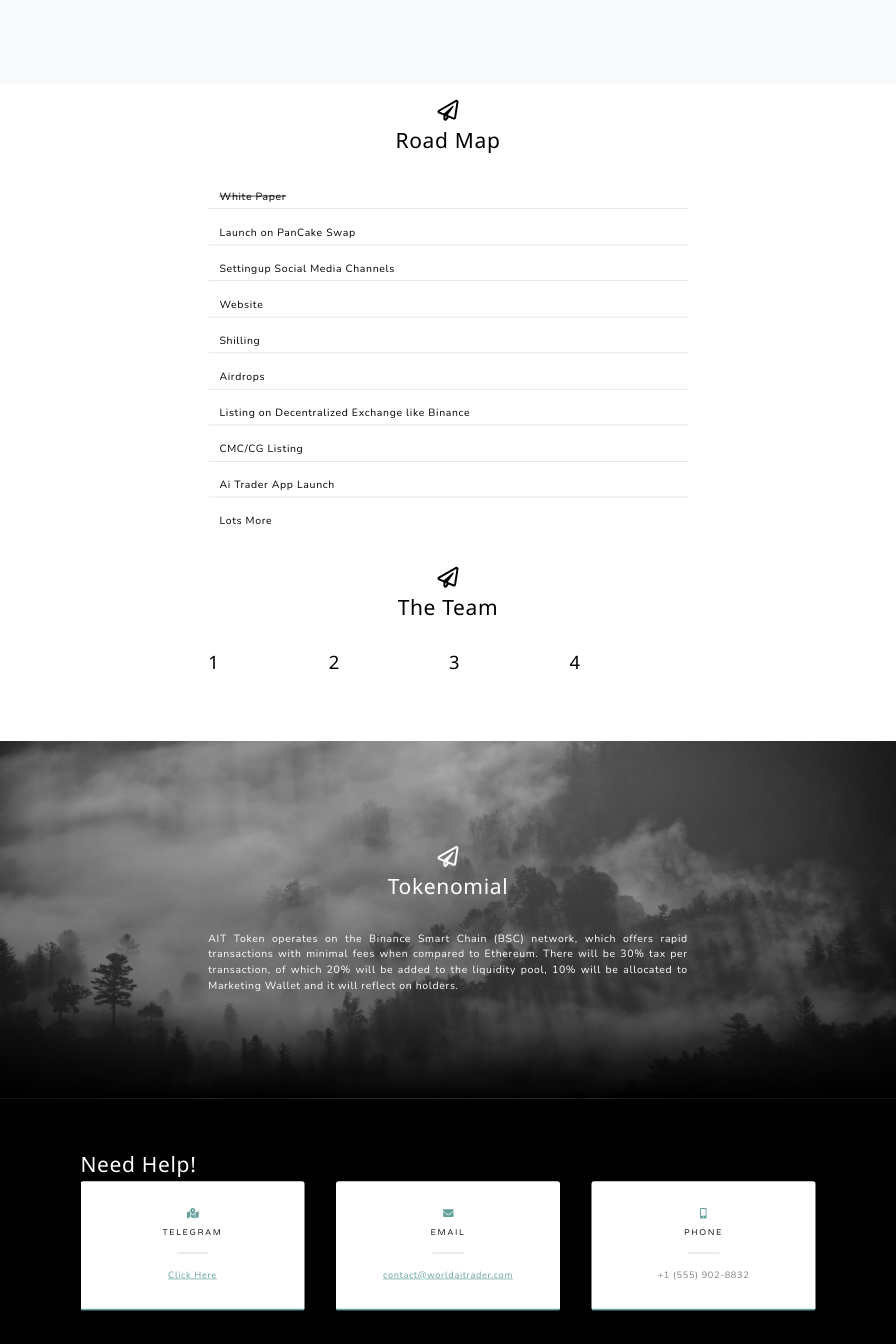
Repository: seyicoded/ico_one
Page: index.html
The author's editor kept a copy of each file at every save. The page is drawn from the files as they stood at one save, then again after the next save.
The browser window is 1280 px wide. The pictures show the part of the page from y = 2902 to 4822 px (the page is 5064 px tall), at 70% of full size.

Above is the page before, as saved 2022-03-06 16:23:22.

After the next save:
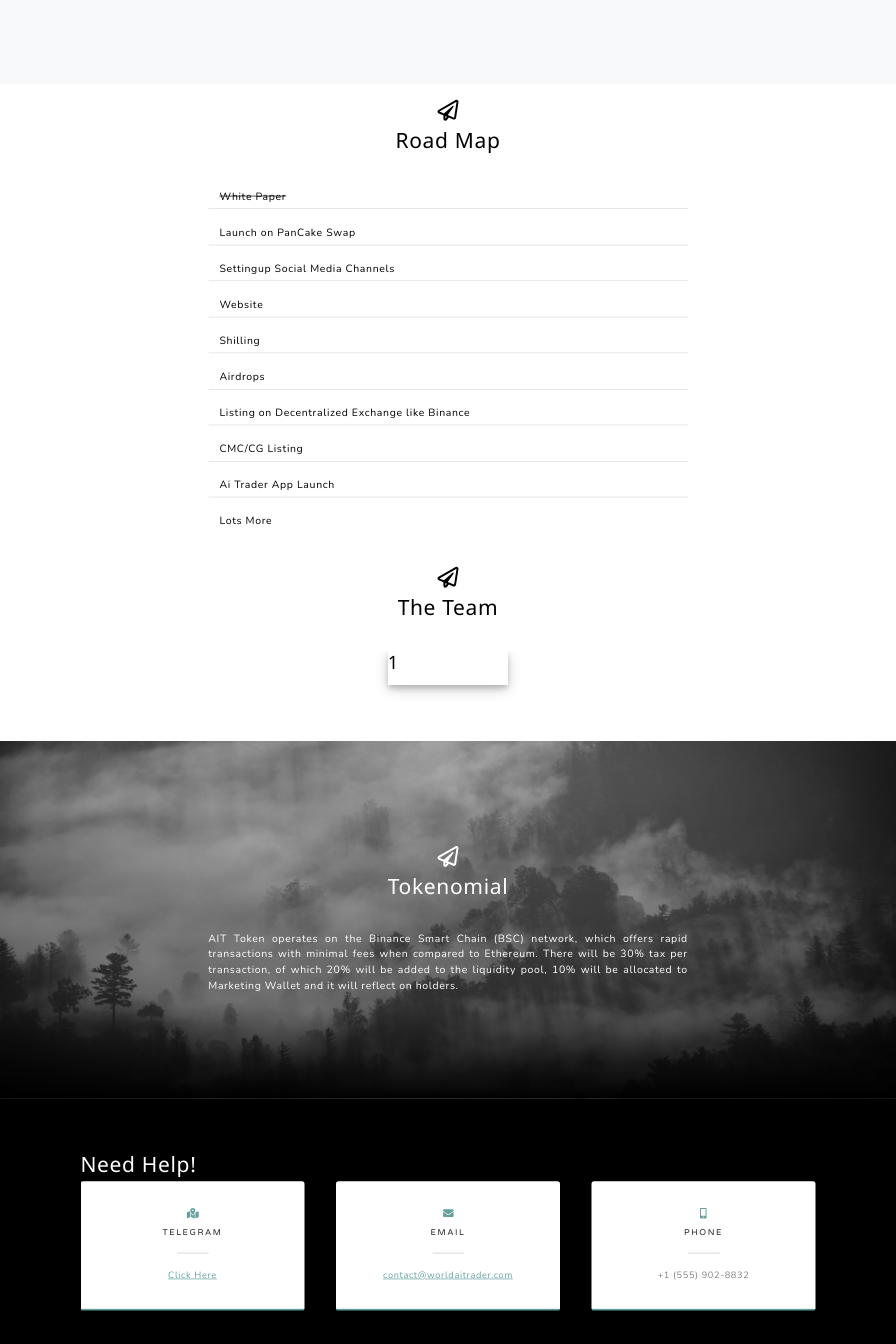
Saved 34 min 16 s later.
--- a/index.html
+++ b/index.html
@@ -207,12 +207,11 @@
                             <!-- Lorem ipsum dolor sit amet, consectetur adipiscing elit, sed do eiusmod tempor incididunt ut labore et dolore magna aliqua. Ut enim ad minim veniam, quis nostrud exercitation ullamco laboris nisi ut aliquip ex ea commodo consequat. Duis aute irure dolor in reprehenderit in voluptate velit esse cillum dolore eu fugiat nulla pariatur. Excepteur sint occaecat cupidatat non proident, sunt in culpa qui officia deserunt mollit anim id est laborum. -->
 
                             <div class="slick" data-slick='{"slidesToShow": 4, "slidesToScroll": 4}'>
-                                <div><h3>1</h3></div>
-                                <div><h3>2</h3></div>
-                                <div><h3>3</h3></div>
-                                <div><h3>4</h3></div>
-                                <div><h3>5</h3></div>
-                                <div><h3>6</h3></div>
+
+                                <div class="w3-card-4">
+                                    <h3>1</h3>
+                                </div>
+
                             </div>
 
                         </div>
